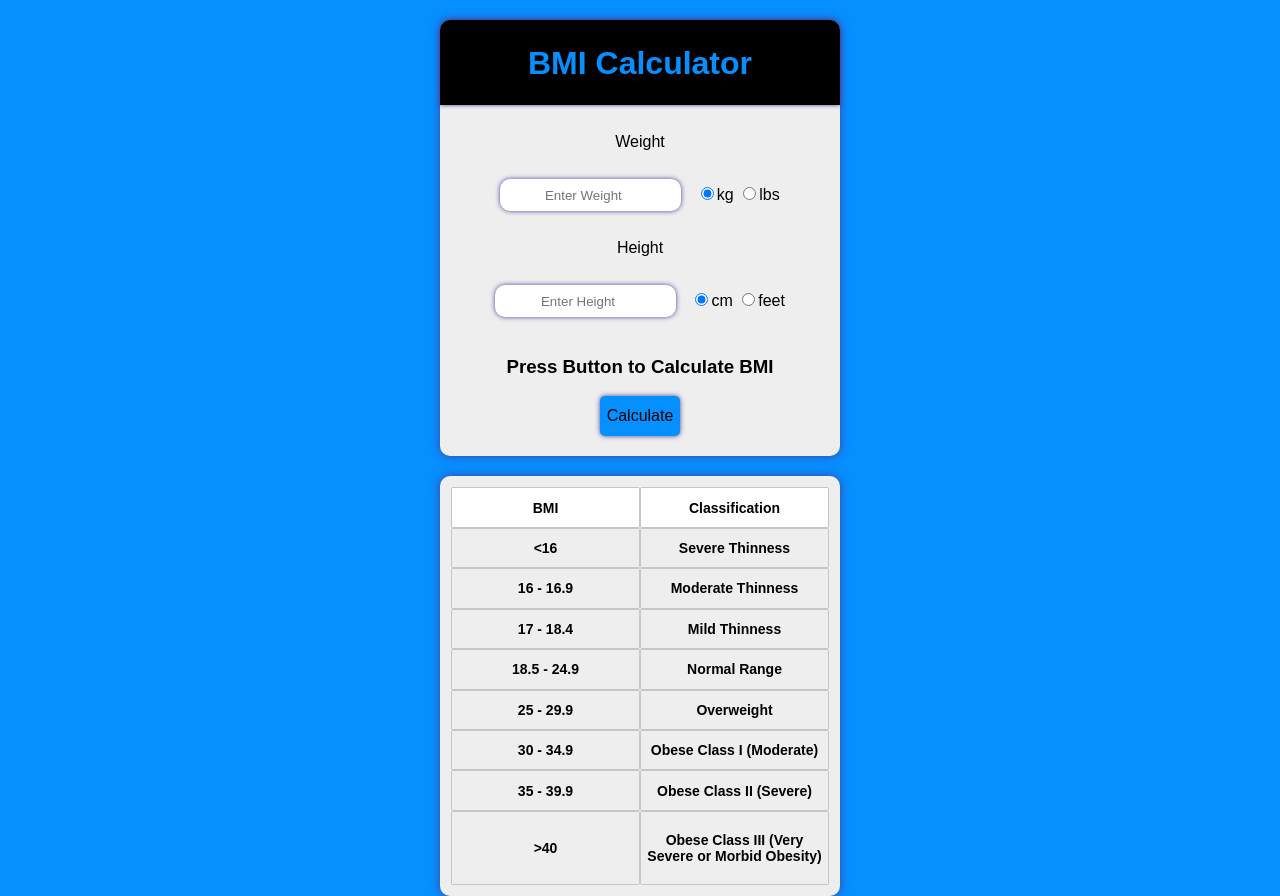
Repository: shayanabedi98/bmi-calculator
Page: index.html
These files come from the project's save history. The page is drawn as it stood at one moment and after the next save; the edit follows.
The browser window is 1280 px wide. The pictures show the whole page.

Above is the page before, as saved 2023-07-24 18:03:03.

After the next save:
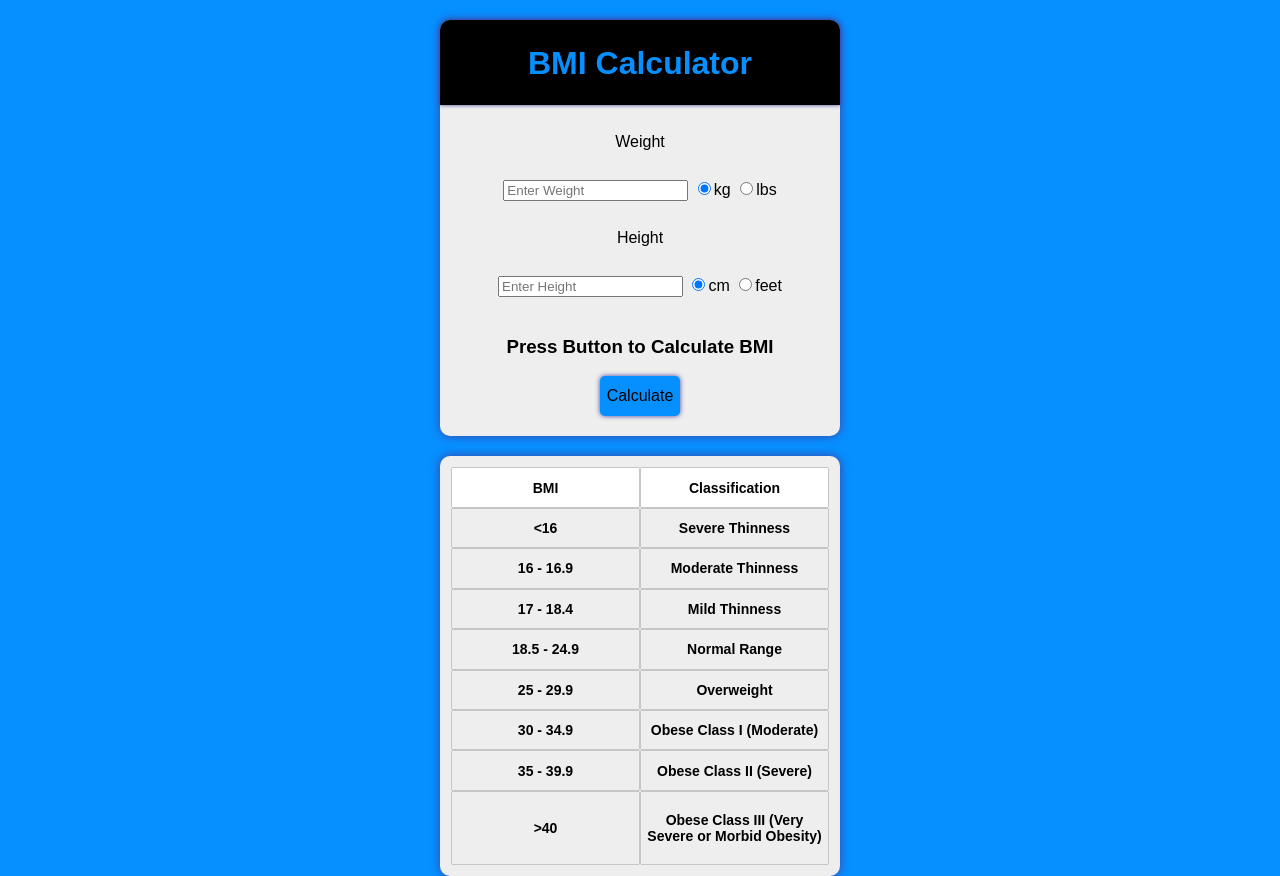
Saved 79 s later.
--- a/index.html
+++ b/index.html
@@ -12,11 +12,11 @@
             <div class="bmi-calculator">
                 <h1>BMI Calculator</h1>
                 <label class="weight" for="weight">Weight</label>
-                    <input id="weight" name="weight" placeholder="Enter Weight" type="number">
+                    <input id="weight" name="weight" placeholder="Enter Weight" type="numbers">
                     <input type="radio" name="weight" checked><span>kg</span>
                     <input type="radio" name="weight"><span>lbs</span>
                 <label class="height" for="height">Height</label>
-                    <input type="number" name="height" placeholder="Enter Height" id="height">
+                    <input type="numbers" name="height" placeholder="Enter Height" id="height">
                     <input type="radio" name="height" checked><span>cm</span>
                     <input type="radio" name="height"><span>feet</span>
                 <div class="result">

After the save that followed:
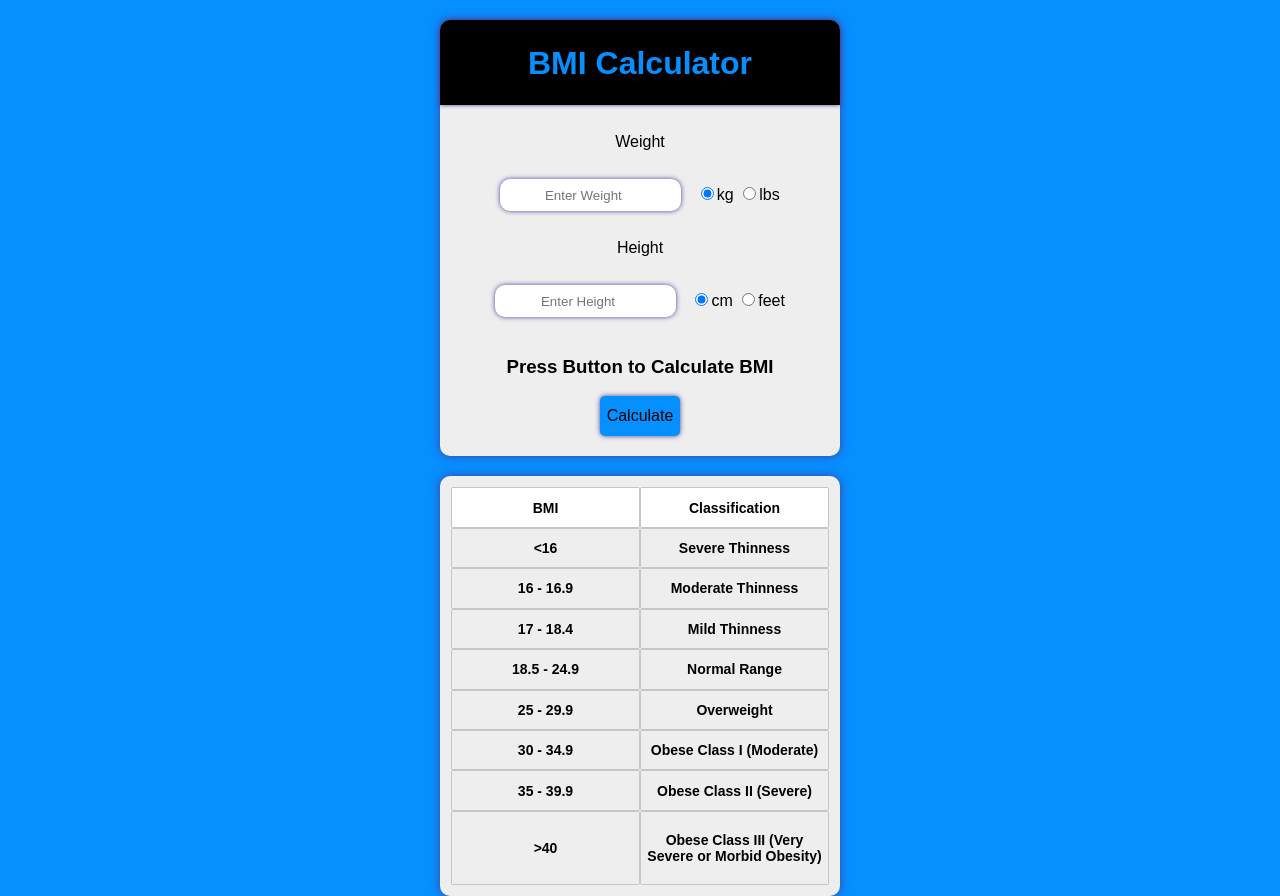
Saved 15 s later.
--- a/index.html
+++ b/index.html
@@ -12,11 +12,11 @@
             <div class="bmi-calculator">
                 <h1>BMI Calculator</h1>
                 <label class="weight" for="weight">Weight</label>
-                    <input id="weight" name="weight" placeholder="Enter Weight" type="numbers">
+                    <input id="weight" name="weight" placeholder="Enter Weight" type="number">
                     <input type="radio" name="weight" checked><span>kg</span>
                     <input type="radio" name="weight"><span>lbs</span>
                 <label class="height" for="height">Height</label>
-                    <input type="numbers" name="height" placeholder="Enter Height" id="height">
+                    <input type="number" name="height" placeholder="Enter Height" id="height">
                     <input type="radio" name="height" checked><span>cm</span>
                     <input type="radio" name="height"><span>feet</span>
                 <div class="result">
